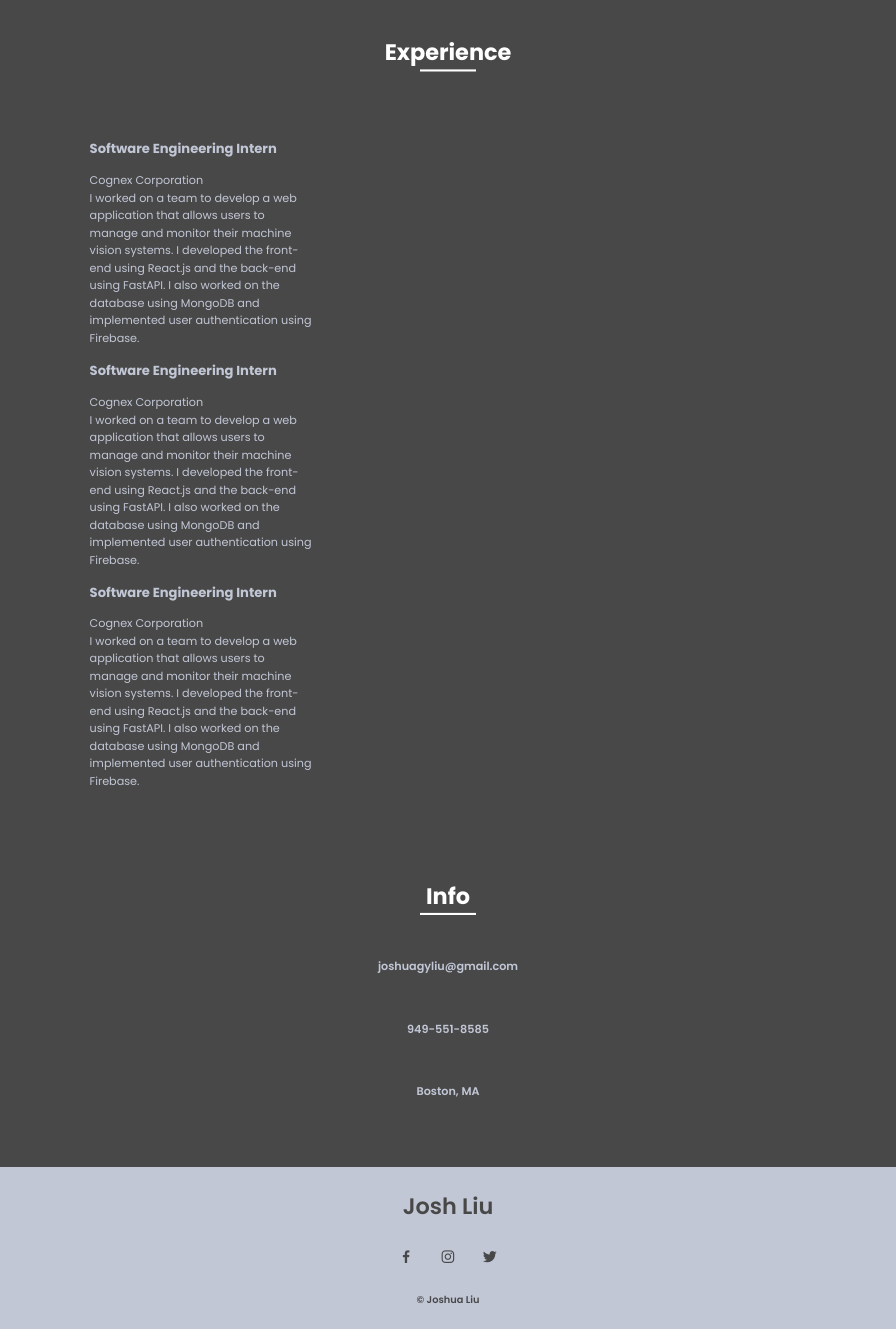
Repository: joshliu14/joshliu14.github.io
Page: index.html
These files come from the project's save history. The page is drawn as it stood at one moment and after a run of saves; the edit follows.
The browser window is 1280 px wide. The pictures show the part of the page from y = 2193 to 4113 px (the page is 4092 px tall before and 4317 px after), at 70% of full size.

Above is the page before, as saved 2024-02-01 00:32:20.

### index.html
<!DOCTYPE html>
<html lang="en">
  <head>
    <meta charset="UTF-8" />
    <meta name="viewport" content="width=device-width, initial-scale=1.0" />

    <link rel="stylesheet" href="assets/css/web.css" />

    <!-- =====BOX ICONS===== -->
    <link
      href="https://unpkg.com/boxicons@2.1.4/css/boxicons.min.css"
      rel="stylesheet"
    />

    <title>Joshua Liu</title>
  </head>
  <body>
    <!--===== HEADER =====-->
    <header class="l-header">
      <nav class="nav bd-grid">
        <div>
          <a href="#" class="nav__logo">Joshua Liu</a>
        </div>

        <div class="nav__menu" id="nav-menu">
          <ul class="nav__list">
            <li class="nav__item">
              <a href="#home" class="nav__link active-link">Home</a>
            </li>
            <li class="nav__item">
              <a href="#about" class="nav__link">About</a>
            </li>
            <li class="nav__item">
              <a href="#skills" class="nav__link">Skills</a>
            </li>
            <li class="nav__item">
              <a href="#work" class="nav__link">Experience</a>
            </li>
            <li class="nav__item">
              <a href="#contact" class="nav__link">Info</a>
            </li>
          </ul>
        </div>

        <div class="nav__toggle" id="nav-toggle">
          <i class="bx bx-menu"></i>
        </div>
      </nav>
    </header>

    <main class="l-main">
      <!--===== HOME =====-->
      <section class="home bd-grid" id="home">
        <div class="home__data">
          <h1 class="home__title">
            Hi,<br />I'm <span class="home__title-color">Josh</span><br />
          </h1>

          <a href="resume.pdf" class="button">Resume</a>
        </div>

        <div class="home__social">
          <a
            href="https://www.linkedin.com/in/joshua-liu-727847208/"
            class="home__social-icon"
            ><i class="bx bxl-linkedin"></i
          ></a>
          <a href="" class="home__social-icon"
            ><i class="bx bxl-behance"></i
          ></a>
          <a href="https://github.com/joshliu14" class="home__social-icon"
            ><i class="bx bxl-github"></i
          ></a>
        </div>

        <div class="home__img">
          <svg
            class="home__blob"
            viewBox="0 0 479 467"
            xmlns="http://www.w3.org/2000/svg"
            xmlns:xlink="http://www.w3.org/1999/xlink"
          >
            <mask id="mask0" mask-type="alpha">
              <path
                d="M9.19024 145.964C34.0253 76.5814 114.865 54.7299 184.111 29.4823C245.804 6.98884 311.86 -14.9503 370.735 14.143C431.207 44.026 467.948 107.508 477.191 174.311C485.897 237.229 454.931 294.377 416.506 344.954C373.74 401.245 326.068 462.801 255.442 466.189C179.416 469.835 111.552 422.137 65.1576 361.805C17.4835 299.81 -17.1617 219.583 9.19024 145.964Z"
              />
            </mask>
            <g mask="url(#mask0)">
              <path
                d="M9.19024 145.964C34.0253 76.5814 114.865 54.7299 184.111 29.4823C245.804 6.98884 311.86 -14.9503 370.735 14.143C431.207 44.026 467.948 107.508 477.191 174.311C485.897 237.229 454.931 294.377 416.506 344.954C373.74 401.245 326.068 462.801 255.442 466.189C179.416 469.835 111.552 422.137 65.1576 361.805C17.4835 299.81 -17.1617 219.583 9.19024 145.964Z"
              />
              <image
                class="home__blob-img"
                x="30"
                y="65"
                href="assets/img/profile.png"
              />
            </g>
          </svg>
        </div>
      </section>

      <!--===== ABOUT =====-->
      <section class="about section" id="about">
        <h2 class="section-title">About</h2>

        <div class="about__container bd-grid">
          <div class="about__img">
            <img src="assets/img/about.png" alt="" />
          </div>

          <div>
            <h2 class="about__subtitle">I'm Josh</h2>
            <p class="about__text">
              I am currently a sophomore at Brandeis University pursuing a
              degree in Computer Science and Applied Mathematics. I am eager to
              contribute my programming skills to real-world scenarios, and I am
              actively seeking software engineering internship opportunities. My
              goal is to enhance my knowledge, apply theoretical concepts in
              practical settings, and contribute meaningfully to innovative
              projects.
            </p>
          </div>
        </div>
      </section>

      <!--===== SKILLS =====-->
      <section class="skills section" id="skills">
        <h2 class="section-title">Skills</h2>

        <div class="skills__container bd-grid">
          <div>
            <h2 class="skills__subtitle">Programming/Framework/Software Skills</h2>
            <p class="skills__text">
                I have experience with the following programming languages and
                frameworks. I am also familiar with software such as Git and
                Firebase. I am always eager to learn new technologies, languages,
                and frameworks to expand my skillset.
            </p>
            <div class="skills__data">
              <div class="skills__names">
                <i class="bx bxl-java skills__icon"></i>
                <span class="skills__name">JAVA</span>
              </div>
            </div>
            <div class="skills__data">
              <div class="skills__names">
                <i class="bx bxl-javascript skills__icon"></i>
                <span class="skills__name">JAVASCRIPT</span>
              </div>
            </div>
            <div class="skills__data">
              <div class="skills__names">
                <i class="bx bxl-python skills__icon"></i>
                <span class="skills__name">PYTHON</span>
              </div>
            </div>
            <div class="skills__data">
              <div class="skills__names">
                <i class="bx bxl-c-plus-plus skills__icon"></i>
                <span class="skills__name">C++</span>
              </div>
            </div>
            <div class="skills__data">
              <div class="skills__names">
                <i class="bx bxl-html5 skills__icon"></i>
                <span class="skills__name">HTML</span>
              </div>
            </div>
            <div class="skills__data">
              <div class="skills__names">
                <i class="bx bxl-css3 skills__icon"></i>
                <span class="skills__name">CSS</span>
              </div>
            </div>
            <div class="skills__data">
              <div class="skills__names">
                <i class="bx bxl-javascript skills__icon"></i>
                <span class="skills__name">JAVA</span>
              </div>
            </div>
          </div>
          <div class="skills__column2">
            <div class="skills__data">
              <div class="skills__names">
                <i class="bx bxl-react skills__icon"></i>
                <span class="skills__name">REACT.JS</span>
              </div>
            </div>
            <div class="skills__data">
              <div class="skills__names">
                <i class="bx bxl-firebase skills__icon"></i>
                <span class="skills__name">FIREBASE</span>
              </div>
            </div>
            <div class="skills__data">
              <div class="skills__names">
                <i class="bx bxl-mongodb skills__icon"></i>
                <span class="skills__name">MONGODB</span>
              </div>
            </div>
            <div class="skills__data">
              <div class="skills__names">
                <i class="bx bxs-zap skills__icon"></i>
                <span class="skills__name">FASTAPI</span>
              </div>
            </div>
            <div class="skills__data">
              <div class="skills__names">
                <i class="bx bxl-redux skills__icon"></i>
                <span class="skills__name">REDUX</span>
              </div>
            </div>
            <div class="skills__data">
              <div class="skills__names">
                <i class="bx bxl-nodejs skills__icon"></i>
                <span class="skills__name">NODE</span>
              </div>
            </div>
            <div class="skills__data">
              <div class="skills__names">
                <i class="bx bxl-git skills__icon"></i>
                <span class="skills__name">GIT</span>
              </div>
            </div>
          </div>
      </section>

      <!--===== Experience =====-->
      <section class="work section" id="work">
        <h2 class="section-title">Experience</h2>

        <div class="work__container bd-grid">
            <div class="work__content">
                <div>
                <h3 class="work__title">Software Engineering Intern</h3>
                <span class="work__subtitle">Cognex Corporation</span>
                <p class="work__description">
                    I worked on a team to develop a web application that allows
                    users to manage and monitor their machine vision systems. I
                    developed the front-end using React.js and the back-end using
                    FastAPI. I also worked on the database using MongoDB and
                    implemented user authentication using Firebase.
                </p>
                </div>
                <div>
                <h3 class="work__title">Software Engineering Intern</h3>
                <span class="work__subtitle">Cognex Corporation</span>
                <p class="work__description">
                    I worked on a team to develop a web application that allows
                    users to manage and monitor their machine vision systems. I
                    developed the front-end using React.js and the back-end using
                    FastAPI. I also worked on the database using MongoDB and
                    implemented user authentication using Firebase.
                </p>
                </div>
                <div>
                <h3 class="work__title">Software Engineering Intern</h3>
                <span class="work__subtitle">Cognex Corporation</span>
                <p class="work__description">
                    I worked on a team to develop a web application that allows
                    users to manage and monitor their machine vision systems. I
                    developed the front-end using React.js and the back-end using
                    FastAPI. I also worked on the database using MongoDB and
                    implemented user authentication using Firebase.
                </p>
                </div>
            </div>
        </div>
      </section>

      <!--===== CONTACT =====-->
      <section class="contact section" id="contact">
        <h2 class="section-title">Info</h2>
        <p class="contact__input">joshuagyliu@gmail.com</p>
        <p class="contact__input">949-551-8585</p>
        <p class="contact__input">Boston, MA</p>
      </section>
    </main>

    <!--===== FOOTER =====-->
    <footer class="footer">
      <p class="footer__title">Josh Liu</p>
      <div class="footer__social">
        <a href="https://www.facebook.com/josh.liu.9847" class="footer__icon"
          ><i class="bx bxl-facebook"></i
        ></a>
        <a href="https://www.instagram.com/joshliu_" class="footer__icon"
          ><i class="bx bxl-instagram"></i
        ></a>
        <a href="https://twitter.com/jahliu" class="footer__icon"
          ><i class="bx bxl-twitter"></i
        ></a>
      </div>
      <p class="footer__copy">&#169; Joshua Liu</p>
    </footer>

    <!--===== SCROLL REVEAL =====-->
    <script src="https://unpkg.com/scrollreveal"></script>

    <!--===== MAIN JS =====-->
    <script src="assets/js/main.js"></script>
  </body>
</html>

### assets/css/web.css
/*===== GOOGLE FONTS =====*/
@import url("https://fonts.googleapis.com/css2?family=Poppins:wght@400;600;700&display=swap");
/*===== VARIABLES CSS =====*/
:root {
  --header-height: 3rem;
  --font-semi: 600;
  /*===== Colores =====*/
  /*Purple 260 - Red 355 - Blue 224 - Pink 340*/
  /* HSL color mode */
  --hue-color: 224;
  --first-color: hsl(var(--hue-color), 0%, 100%);
  --second-color: hsl(var(--hue-color), 20%, 80%);
  /*===== Fuente y tipografia =====*/
  --body-font: "Poppins", sans-serif;
  --big-font-size: 2rem;
  --h2-font-size: 1.25rem;
  --normal-font-size: 0.938rem;
  --smaller-font-size: 0.75rem;
  /*===== Margenes =====*/
  --mb-2: 1rem;
  --mb-4: 2rem;
  --mb-5: 2.5rem;
  --mb-6: 3rem;
  /*===== z index =====*/
  --z-back: -10;
  --z-fixed: 100;
}
@media screen and (min-width: 968px) {
  :root {
    --big-font-size: 3.5rem;
    --h2-font-size: 2rem;
    --normal-font-size: 1rem;
    --smaller-font-size: 0.875rem;
  }
}

/*===== BASE =====*/
*,
::before,
::after {
  box-sizing: border-box;
}

html {
  scroll-behavior: smooth;
}

body {
  margin: var(--header-height) 0 0 0;
  font-family: var(--body-font);
  font-size: var(--normal-font-size);
  color: var(--second-color);
  background-color: #484848;
}

h1,
h2,
p {
  margin: 0;
}

ul {
  margin: 0;
  padding: 0;
  list-style: none;
}

a {
  text-decoration: none;
}

img {
  max-width: 100%;
  height: auto;
  display: block;
}

/*===== CLASS CSS ===== */
.section-title {
  position: relative;
  font-size: var(--h2-font-size);
  color: var(--first-color);
  margin-top: var(--mb-2);
  margin-bottom: var(--mb-4);
  text-align: center;
}
.section-title::after {
  position: absolute;
  content: "";
  width: 64px;
  height: 0.18rem;
  left: 0;
  right: 0;
  margin: auto;
  top: 2rem;
  background-color: var(--first-color);
}

.section {
  padding-top: 3rem;
  padding-bottom: 2rem;
}

/*===== LAYOUT =====*/
.bd-grid {
  max-width: 1024px;
  display: grid;
  margin-left: var(--mb-2);
  margin-right: var(--mb-2);
}

.l-header {
  width: 100%;
  position: fixed;
  top: 0;
  left: 0;
  z-index: var(--z-fixed);
  background-color: #484848;
  box-shadow: 0 1px 4px rgba(146, 161, 176, 0.15);
}

/*===== NAV =====*/
.nav {
  height: var(--header-height);
  display: flex;
  justify-content: space-between;
  align-items: center;
  font-weight: var(--font-semi);
}
@media screen and (max-width: 767px) {
  .nav__menu {
    position: fixed;
    top: var(--header-height);
    right: -100%;
    width: 80%;
    height: 100%;
    padding: 2rem;
    background-color: var(--second-color);
    transition: 0.5s;
  }
}
.nav__item {
  margin-bottom: var(--mb-4);
}
.nav__link {
  position: relative;
  color: #fff;
}
.nav__link:hover {
  position: relative;
}
.nav__link:hover::after {
  position: absolute;
  content: "";
  width: 100%;
  height: 0.18rem;
  left: 0;
  top: 2rem;
  background-color: var(--first-color);
}
.nav__logo {
  color: var(--second-color);
}
.nav__toggle {
  color: var(--second-color);
  font-size: 1.5rem;
  cursor: pointer;
}

/*Active menu*/
.active-link::after {
  position: absolute;
  content: "";
  width: 100%;
  height: 0.18rem;
  left: 0;
  top: 2rem;
  background-color: var(--first-color);
}

/*=== Show menu ===*/
.show {
  right: 0;
}

/*===== HOME =====*/
.home {
  position: relative;
  row-gap: 5rem;
  padding: 4rem 0 5rem;
}
.home__data {
  align-self: center;
}
.home__title {
  font-size: var(--big-font-size);
  margin-bottom: var(--mb-5);
}
.home__title-color {
  color: var(--first-color);
}
.home__social {
  display: flex;
  flex-direction: column;
}
.home__social-icon {
  width: max-content;
  margin-bottom: var(--mb-2);
  font-size: 1.5rem;
  color: var(--second-color);
}
.home__social-icon:hover {
  color: var(--first-color);
}
.home__img {
  position: absolute;
  right: 0;
  bottom: 0;
  width: 260px;
}
.home__blob {
  fill: var(--first-color);
}
.home__blob-img {
  width: 400px;
}

/*BUTTONS*/
.button {
  display: inline-block;
  background-color: var(--first-color);
  color: #000000;
  padding: 0.75rem 2.5rem;
  font-weight: var(--font-semi);
  border-radius: 0.5rem;
  transition: 0.3s;
}
.button:hover {
  box-shadow: 0px 10px 36px rgba(0, 0, 0, 0.15);
}

/* ===== ABOUT =====*/
.about__container {
  row-gap: 2rem;
  text-align: center;
}
.about__subtitle {
  margin-bottom: var(--mb-2);
}
.about__img {
  justify-self: center;
}
.about__img img {
  width: 200px;
  border-radius: 0.5rem;
}

/* ===== SKILLS =====*/
.skills__container {
  row-gap: 2rem;
  text-align: center;
}
.skills__column2 {
  margin-top: 210px;
}
.skills__subtitle {
  margin-bottom: var(--mb-2);
}
.skills__text {
  margin-bottom: var(--mb-4);
}
.skills__data {
  display: flex;
  justify-content: space-between;
  align-items: center;
  position: relative;
  font-weight: var(--font-semi);
  padding: 0.5rem 1rem;
  margin-bottom: var(--mb-4);
  border-radius: 0.5rem;
  box-shadow: 0px 4px 25px rgba(14, 36, 49, 0.15);
}
.skills__icon {
  font-size: 2rem;
  margin-right: var(--mb-2);
  color: var(--first-color);
}
.skills__names {
  display: flex;
  align-items: center;
}
.skills__bar {
  position: absolute;
  left: 0;
  bottom: 0;
  background-color: var(--first-color);
  height: 0.25rem;
  border-radius: 0.5rem;
  z-index: var(--z-back);
}
.skills__html {
  width: 95%;
}
.skills__css {
  width: 85%;
}
.skills__js {
  width: 65%;
}
.skills__ux {
  width: 85%;
}
.skills__img {
  border-radius: 0.5rem;
}

/* ===== WORK =====*/
.work__container {
  row-gap: 2rem;
}
.work__img {
  box-shadow: 0px 4px 25px rgba(14, 36, 49, 0.15);
  border-radius: 0.5rem;
  overflow: hidden;
}
.work__img img {
  transition: 1s;
}
.work__img img:hover {
  transform: scale(1.1);
}

/* ===== CONTACT =====*/
.contact__input {
  text-align: center;
  font-size: var(--normal-font-size);
  font-weight: var(--font-semi);
  padding: 1rem;
  margin-bottom: var(--mb-4);
}

/* ===== FOOTER =====*/
.footer {
  background-color: var(--second-color);
  color: #484848;
  text-align: center;
  font-weight: var(--font-semi);
  padding: 2rem 0;
}
.footer__title {
  font-size: 2rem;
  margin-bottom: var(--mb-4);
}
.footer__social {
  margin-bottom: var(--mb-4);
}
.footer__icon {
  font-size: 1.5rem;
  color: #484848;
  margin: 0 var(--mb-2);
}
.footer__copy {
  font-size: var(--smaller-font-size);
}

/* ===== MEDIA QUERIES=====*/
@media screen and (max-width: 320px) {
  .home {
    row-gap: 2rem;
  }
  .home__img {
    width: 200px;
  }
}
@media screen and (min-width: 576px) {
  .home {
    padding: 4rem 0 2rem;
  }
  .home__social {
    padding-top: 0;
    padding-bottom: 2.5rem;
    flex-direction: row;
    align-self: flex-end;
  }
  .home__social-icon {
    margin-bottom: 0;
    margin-right: var(--mb-4);
  }
  .home__img {
    width: 300px;
    bottom: 25%;
  }
  .about__container {
    grid-template-columns: repeat(2, 1fr);
    align-items: center;
    text-align: initial;
  }
  .skills__container {
    grid-template-columns: 0.7fr;
    justify-content: center;
    column-gap: 1rem;
  }
  .work__container {
    grid-template-columns: repeat(2, 1fr);
    column-gap: 2rem;
    padding-top: 2rem;
  }
}
@media screen and (min-width: 768px) {
  body {
    margin: 0;
  }
  .section {
    padding-top: 4rem;
    padding-bottom: 3rem;
  }
  .section-title {
    margin-bottom: var(--mb-6);
  }
  .section-title::after {
    width: 80px;
    top: 3rem;
  }
  .nav {
    height: calc(var(--header-height) + 1.5rem);
  }
  .nav__list {
    display: flex;
    padding-top: 0;
  }
  .nav__item {
    margin-left: var(--mb-6);
    margin-bottom: 0;
  }
  .nav__toggle {
    display: none;
  }
  .nav__link {
    color: var(--second-color);
  }
  .home {
    padding: 8rem 0 2rem;
  }
  .home__img {
    width: 400px;
    bottom: 10%;
  }
  .about__container {
    padding-top: 2rem;
  }
  .about__img img {
    width: 300px;
  }
  .skills__container {
    grid-template-columns: repeat(2, 1fr);
    column-gap: 2rem;
    align-items: center;
    text-align: initial;
  }
  .work__container {
    grid-template-columns: repeat(3, 1fr);
    column-gap: 2rem;
  }
}
@media screen and (min-width: 992px) {
  .bd-grid {
    margin-left: auto;
    margin-right: auto;
  }
  .home {
    padding: 10rem 0 2rem;
  }
  .home__img {
    width: 450px;
  }
}

### assets/js/main.js
/*===== MENU SHOW =====*/
const showMenu = (toggleId, navId) => {
  const toggle = document.getElementById(toggleId),
    nav = document.getElementById(navId);

  if (toggle && nav) {
    toggle.addEventListener("click", () => {
      nav.classList.toggle("show");
    });
  }
};
showMenu("nav-toggle", "nav-menu");

/*==================== REMOVE MENU MOBILE ====================*/
const navLink = document.querySelectorAll(".nav__link");

function linkAction() {
  const navMenu = document.getElementById("nav-menu");
  // When we click on each nav__link, we remove the show-menu class
  navMenu.classList.remove("show");
}
navLink.forEach((n) => n.addEventListener("click", linkAction));

/*==================== SCROLL SECTIONS ACTIVE LINK ====================*/
const sections = document.querySelectorAll("section[id]");

const scrollActive = () => {
  const scrollDown = window.scrollY;

  sections.forEach((current) => {
    const sectionHeight = current.offsetHeight,
      sectionTop = current.offsetTop - 58,
      sectionId = current.getAttribute("id"),
      sectionsClass = document.querySelector(
        ".nav__menu a[href*=" + sectionId + "]"
      );

    if (scrollDown > sectionTop && scrollDown <= sectionTop + sectionHeight) {
      sectionsClass.classList.add("active-link");
    } else {
      sectionsClass.classList.remove("active-link");
    }
  });
};
window.addEventListener("scroll", scrollActive);

/*===== SCROLL REVEAL ANIMATION =====*/
const sr = ScrollReveal({
  origin: "top",
  distance: "60px",
  duration: 2000,
  delay: 200,
  //     reset: true
});

sr.reveal(".home__data, .about__img, .skills__subtitle, .skills__text", {});
sr.reveal(".home__img, .about__subtitle, .about__text, .skills__img", {
  delay: 400,
});
sr.reveal(".home__social-icon", { interval: 200 });
sr.reveal(".skills__data, .work__img, .contact__input", { interval: 200 });

After the next 2 saves:
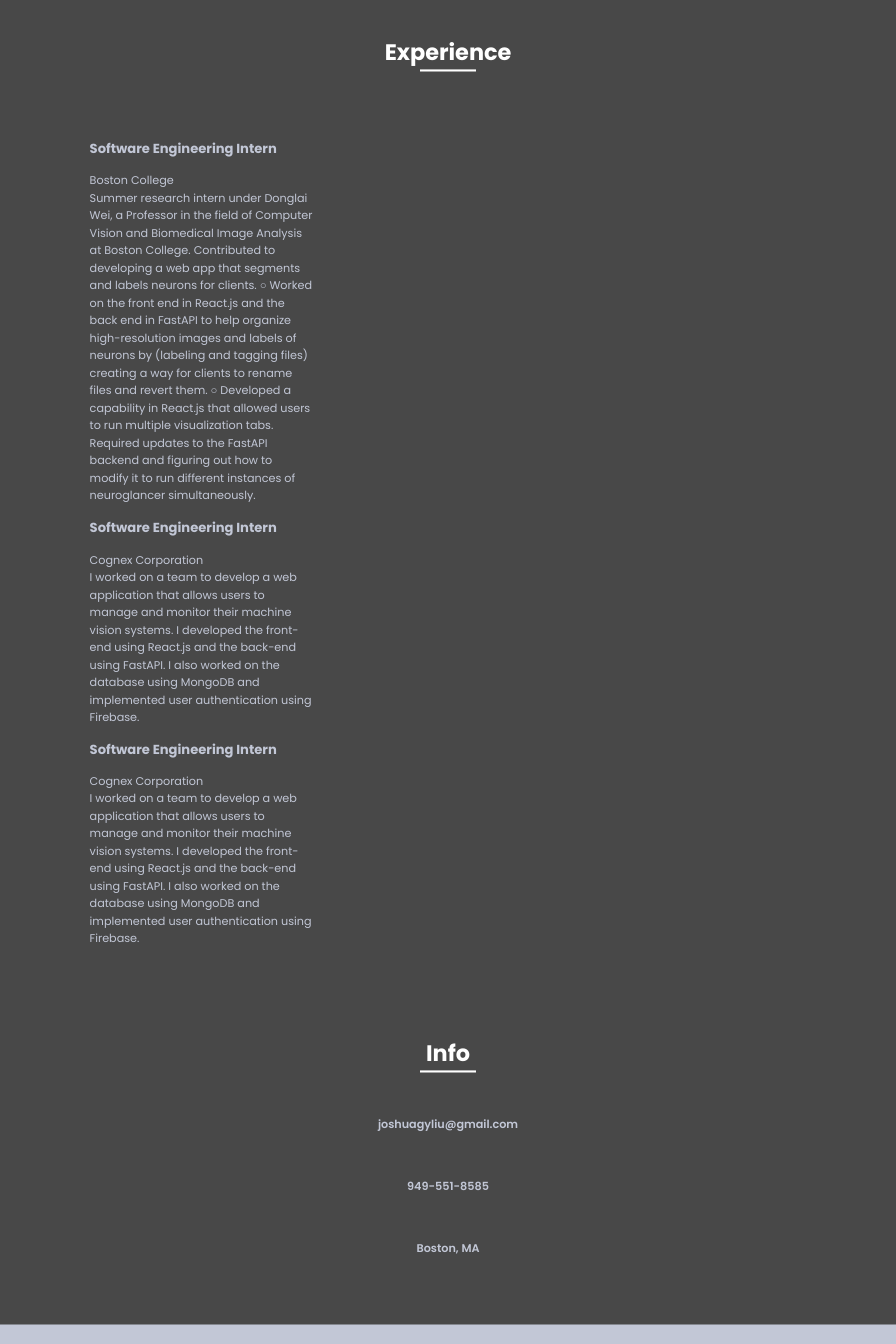
The 2 saves are shown as one change because they came seconds apart.
The last was saved 68 s later.
--- a/index.html
+++ b/index.html
@@ -234,13 +234,14 @@
             <div class="work__content">
                 <div>
                 <h3 class="work__title">Software Engineering Intern</h3>
-                <span class="work__subtitle">Cognex Corporation</span>
+                <span class="work__subtitle">Boston College</span>
                 <p class="work__description">
-                    I worked on a team to develop a web application that allows
-                    users to manage and monitor their machine vision systems. I
-                    developed the front-end using React.js and the back-end using
-                    FastAPI. I also worked on the database using MongoDB and
-                    implemented user authentication using Firebase.
+                    Summer research intern under Donglai Wei, a Professor in the field of Computer Vision and Biomedical Image Analysis at
+Boston College. Contributed to developing a web app that segments and labels neurons for clients.
+○ Worked on the front end in React.js and the back end in FastAPI to help organize high-resolution images and labels of
+neurons by (labeling and tagging files) creating a way for clients to rename files and revert them.
+○ Developed a capability in React.js that allowed users to run multiple visualization tabs. Required updates to the FastAPI
+backend and figuring out how to modify it to run different instances of neuroglancer simultaneously.
                 </p>
                 </div>
                 <div>
